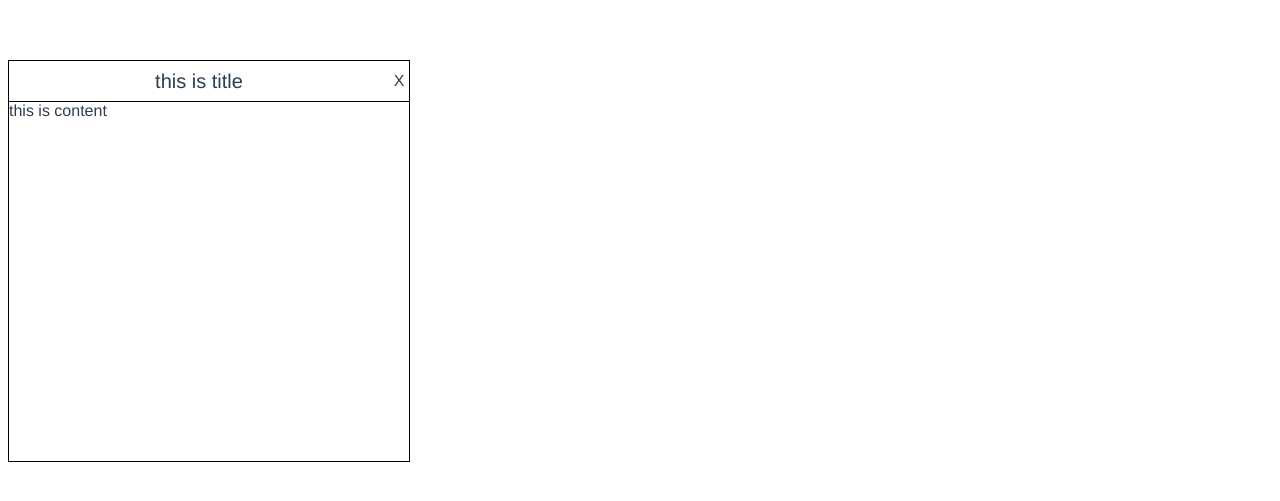
Repository: iulucky6/yf_messageBox
Page: /#/
These files come from the project's save history. The page is drawn as it stood at one moment and after the next save; the edit follows.
The browser window is 1280 px wide. The pictures show the whole page.
The project was rebuilt for these pictures with package versions that can differ from the ones it lists, and the page was loaded fresh each time. Also part of the build but not shown: src/components/HelloWorld.vue.

Above is the page before, as saved 2023-09-14 11:21:45.

### index.html
<!DOCTYPE html>
<html>
  <head>
    <meta charset="utf-8">
    <meta name="viewport" content="width=device-width,initial-scale=1.0">
    <title>v</title>
  </head>
  <body>
    <div id="app"></div>
    <!-- built files will be auto injected -->
  </body>
</html>

### src/main.js
// The Vue build version to load with the `import` command
// (runtime-only or standalone) has been set in webpack.base.conf with an alias.
import Vue from 'vue'
import App from './App'
// 引入配置文件
import router from './router'

Vue.config.productionTip = false

/* eslint-disable no-new */
new Vue({
  el: '#app',
  //注入
  router,
  components: { App },
  template: '<App/>'
})

### src/App.vue
<template>
  <div id="app">
    <!-- 决定路由组件配置，匹配到的组件会在这里渲染 -->
    <!-- <router-view/> -->
    <MessageBox></MessageBox>
  </div>
</template>

<script>
import { MessageBox } from "./components";
console.log(MessageBox,"MessageBox");

export default {
  name: "App",
  components:{
    MessageBox
  }
};
</script>

<style>
#app {
  font-family: "Avenir", Helvetica, Arial, sans-serif;
  -webkit-font-smoothing: antialiased;
  -moz-osx-font-smoothing: grayscale;
  text-align: center;
  color: #2c3e50;
  margin-top: 60px;
}
</style>

### src/router/index.js
// 1、引入路由
import Vue from 'vue'
import Router from 'vue-router'

// 2、启用路由
Vue.use(Router)

// 3、创建并导出路由
export default new Router({
  mode:'hash',
  routes: [
    {
      path: '/',
      name: 'HelloWorld',
      component: () => import("@/components/HelloWorld.vue")
    },
    {
      path:'/about',
      name:'About',
      component:()=>import("@/components/About.vue")
    }
  ]
})

### src/components/index.js
import MessageBox from "./MessageBox";

export {
    MessageBox
}

### src/components/MessageBox/index.js
import MessageBox from './index.vue'

export default MessageBox;

### src/components/MessageBox/index.vue
<template>
  <div :class="['boxStyle', type]">
    <div class="inner">
      <header class="header">
        <div class="title">{{ title }}</div>
        <span class="close">X</span>
      </header>

      <div class="content">{{ content }}</div>
    </div>
  </div>
</template>

<script>
export default {
  name: "MessageBox",
  props: {
    title: {
      type: String,
      default: "this is title",
    },
    content: {
      type: String,
      default: "this is content",
    },
    type: {
      type: String,
      default: "primary",
      //vue语法，校验传入参数合法性，返回true/false，返回false则警告
      validator(value) {
        ["primary", "success", "warn", "danger"].includes(value);
      },
    },
  },
};
</script>

<style lang='scss'>
$border-color: #000;
.boxStyle {
  border: 1px solid $border-color;
  width: 400px;
  height: 400px;
  display: flex;
  flex-direction: column;
  .header {
    display: flex;
    width: 100%;
    align-items: center;
    border-bottom: 1px solid $border-color;
    height: 40px;
    .title {
      flex: 1;
      font-size: 20px;
    }
    .close {
      width: 20px;
      line-height: 40px;
      display: inline-block;
    }
  }
  .content {
    display: flex;
    height: 0;
    background-color: #ccc;
    flex: 1;
    // align-items: center;
    // justify-content: center;
  }
}
</style>

After the next save:
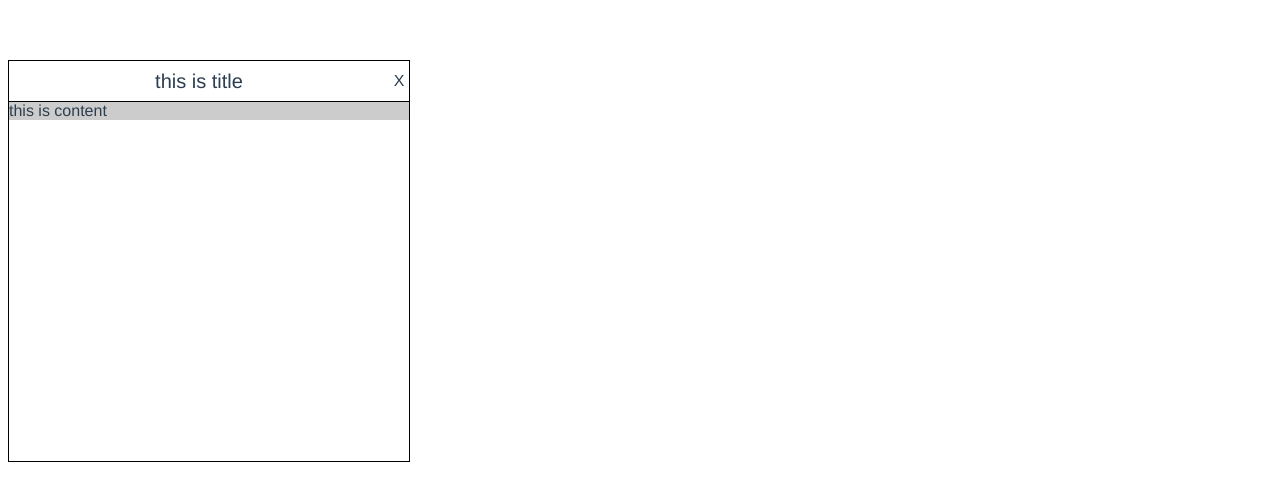
Saved 3 min 3 s later.
--- a/src/components/MessageBox/index.vue
+++ b/src/components/MessageBox/index.vue
@@ -42,7 +42,7 @@ $border-color: #000;
   width: 400px;
   height: 400px;
   display: flex;
-  flex-direction: column;
+  flex-flow: column;
   .header {
     display: flex;
     width: 100%;
@@ -61,7 +61,6 @@ $border-color: #000;
   }
   .content {
     display: flex;
-    height: 0;
     background-color: #ccc;
     flex: 1;
     // align-items: center;
